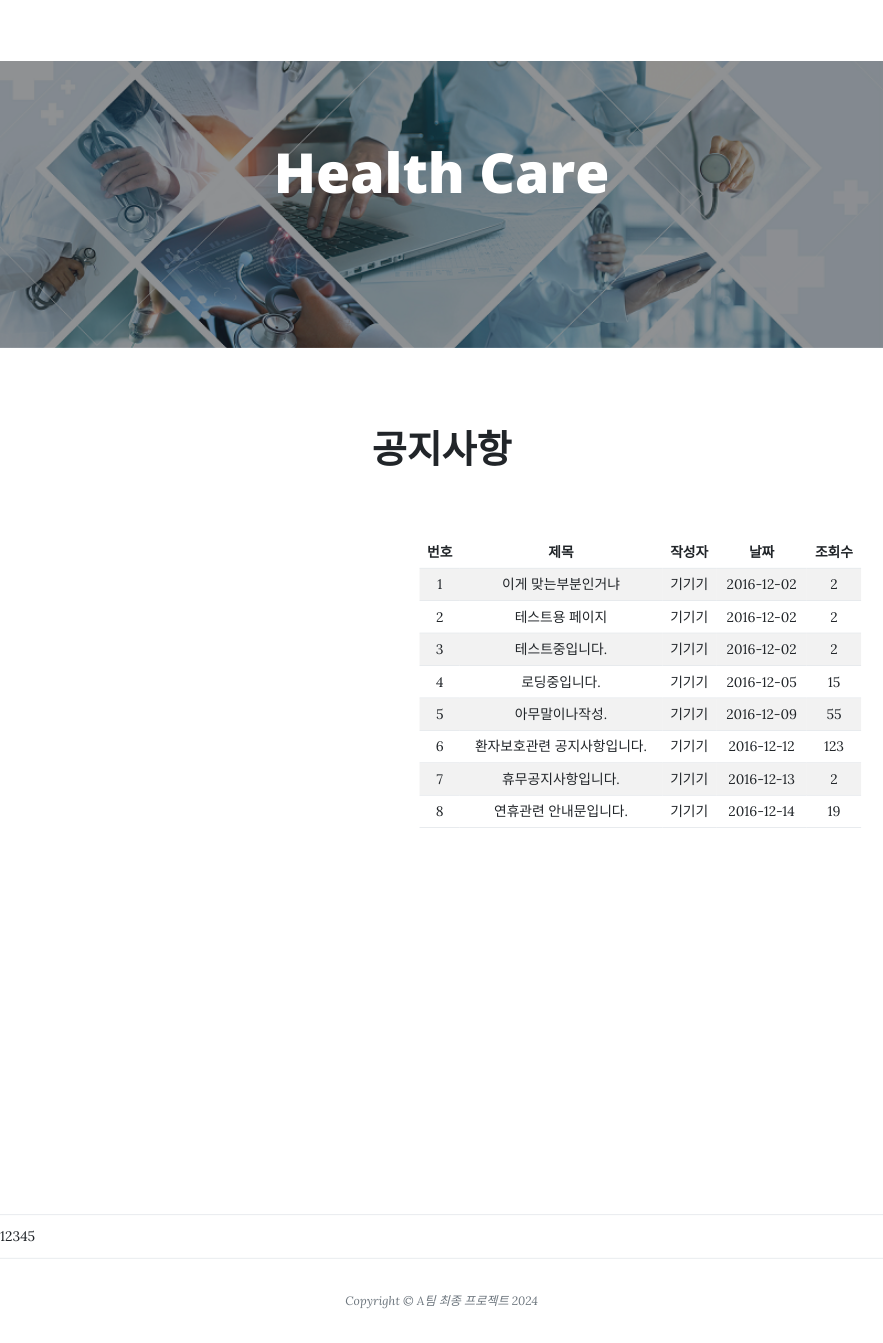
Repository: honsb91/project
Page: http://localhost/hospital/announcement/announcement.jsp
An editor plug-in stored every save of this project. The page is shown before and after the next save, followed by the edit.
The browser window is 1280 px wide. The pictures show the whole page, at 69% of full size.
Some web libraries are served in a nearby version. The page is served by Tomcat 9. Nobody is signed in. The application's start-up code is not run.

Above is the page before, as saved 2024-01-31 02:34:15.

After the next save:
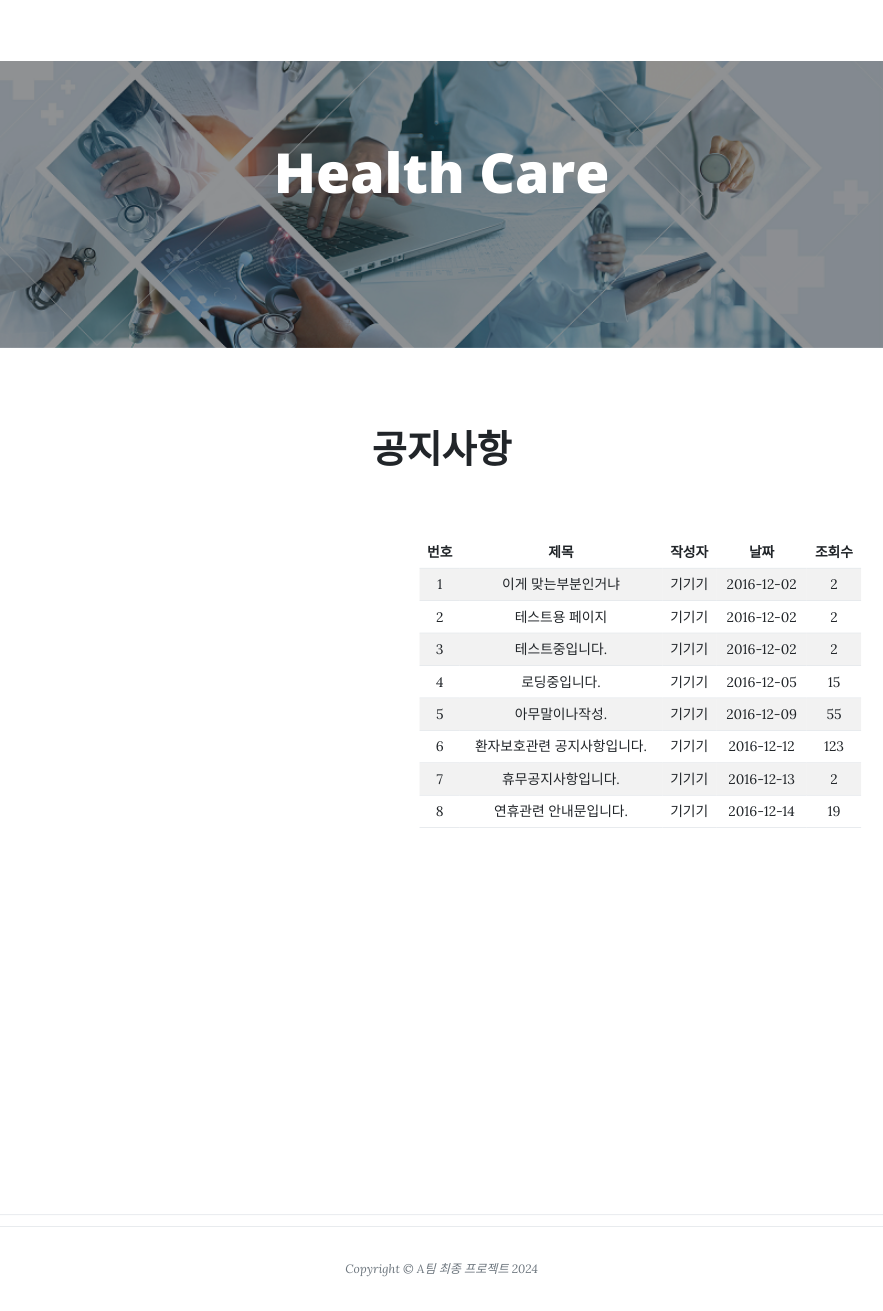
Saved 81 s later.
--- a/hospital/src/main/webapp/announcement/announcement.jsp
+++ b/hospital/src/main/webapp/announcement/announcement.jsp
@@ -82,15 +82,6 @@
 		</tbody>
 	</table>
 	<hr/>
-	<div class="text-center">
-		<ul class="pagination">
-			<li><a href="#">1</a></li>
-			<li><a href="#">2</a></li>
-			<li><a href="#">3</a></li>
-			<li><a href="#">4</a></li>
-			<li><a href="#">5</a></li>
-		</ul>
-	</div>
 </body>
 <%@ include file="/include/footer.jsp"%>
 </html>
